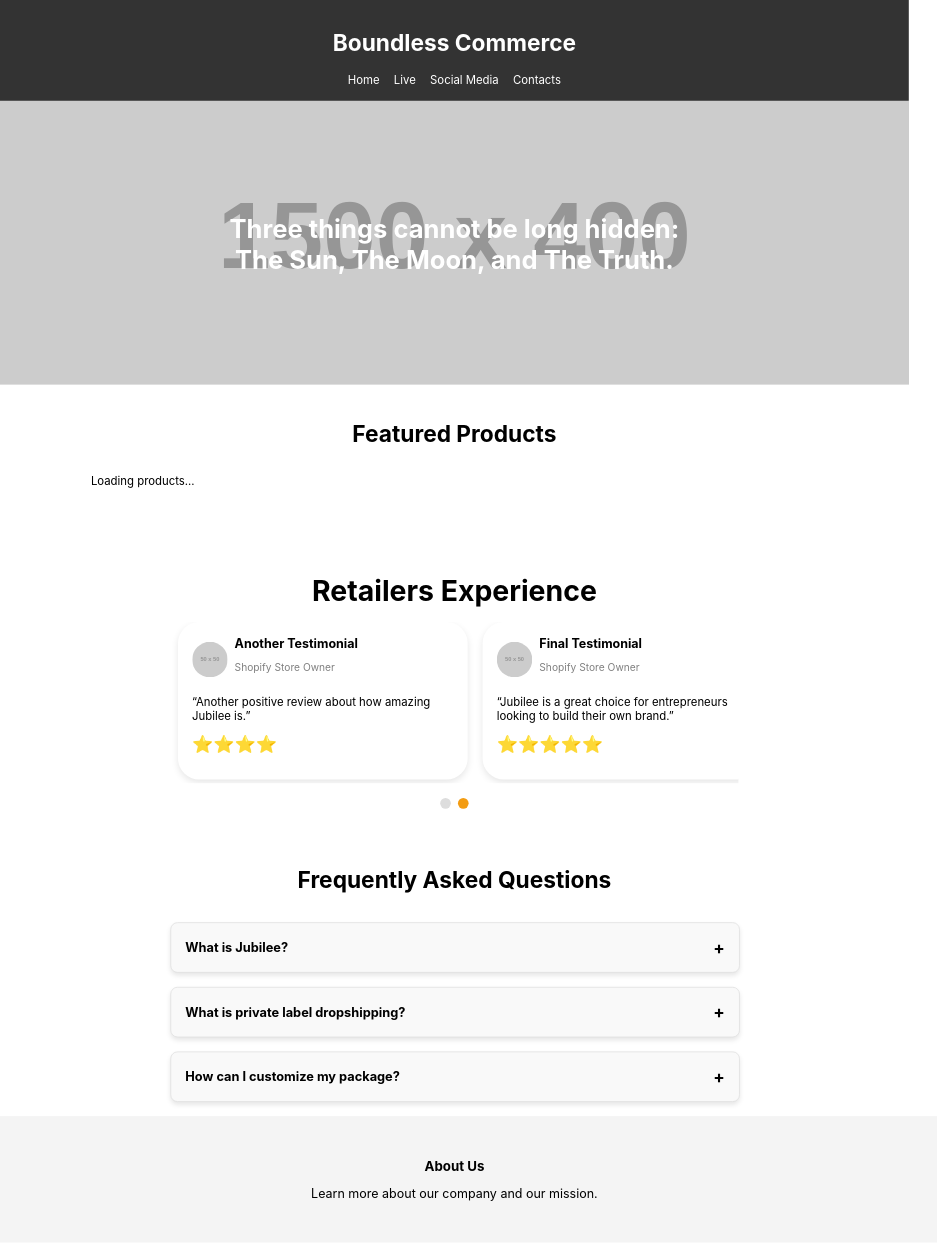
Repository: Nn-Exe/chunar-ecommerce
Page: / (app in ecommerce-frontend/)
An editor plug-in stored every save of this project. The page is shown before and after the next save, followed by the edit.
The browser window is 1280 px wide. The page is 1320 px wide, so the pictures cover 1320 px, including what lies to the right of the window. The pictures show the whole page, at 71% of full size.
The page's requests for data from a server got no answer. The project was rebuilt for these pictures with package versions that can differ from the ones it lists, and the page was loaded fresh each time. No one was signed in, and anything a server would have sent is missing.

Above is the page before, as saved 2024-09-11 15:53:29.

### ecommerce-frontend/src/App.js
import React, { useState, useEffect } from 'react';
import './App.css';
import { BrowserRouter as Router, Route, Routes } from 'react-router-dom';  // Importing React Router
import Navbar from './components/Navbar';  // Correct way to import default export
import HeroSection from './components/HeroSection';  // Correct way to import default export
import ProductList from './components/ProductList';  // Correct way to import default export
import Faq from './components/Faq';  // Import the Faq component from the components folder
import TestimonialCarousel from './components/TestimonialCarousel';


// Home page component (the default view)
function Home({ products }) {
  return (
    <div className="home-page">
      {/* Hero Section */}
      <div className="hero-container">
        <HeroSection />
      </div>

      {/* Featured Products Section */}
      <section className="products-section">
        <div className="section-header">
          <h2>Featured Products</h2>
        </div>

        <div className="product-grid">
          <ProductList products={products} />
        </div>
      </section>

      <br />

      {/* FAQ Section */}

      <TestimonialCarousel />
      <Faq />  {/* Using the imported Faq component */}

      {/* Add more sections here */}

      <br />

      <section className="about-section">
        <div className="about-content">
          <h3>About Us</h3>
          <p>Learn more about our company and our mission.</p>
        </div>
      </section>
    </div>
  );
}

// Other page components
function Live() {
  return <h2>Live Page</h2>;
}

function Contacts() {
  return <h2>Contacts Page</h2>;
}

function SocialMedia() {
  // External link can be opened using an anchor tag, so no need for a separate page.
  window.location.href = "https://linktr.ee/chunar.co";  // Redirect to external social media page
  return null;
}

function App() {
  const [products, setProducts] = useState([]);

  useEffect(() => {
    fetch('http://localhost:5000/api/products')
      .then((response) => response.json())
      .then((data) => setProducts(data))
      .catch((error) => console.error('Error fetching products:', error));
  }, []);

  return (
    <Router>
      <div className="App">
        <header className="App-header">
          <h1>Boundless Commerce</h1>
          <Navbar />
        </header>

        <Routes>
          {/* Home page route */}
          <Route path="/" element={<Home products={products} />} />

          {/* Other pages */}
          <Route path="/live" element={<Live />} />
          <Route path="/contacts" element={<Contacts />} />

          {/* Redirect to external social media link */}
          <Route path="/social-media" element={<SocialMedia />} />
        </Routes>
      </div>
    </Router>
  );
}

export default App;

### ecommerce-frontend/src/App.css
/* ------------- Main Structure ------------ */

.App-header {
  background-color: #333;
  color: white;
  padding: 20px;
  text-align: center;
}

nav ul {
  list-style-type: none;
  padding: 0;
  margin: 0;
  display: flex;
  justify-content: center;
  gap: 20px;
}

nav ul li a {
  color: white;
  text-decoration: none;
  font-size: 16px;
}

.hero {
  position: relative;
  text-align: center;
}

.hero-banner {
  width: 100%;
  height: 400px;
  object-fit: cover;
}

.hero-text {
  position: absolute;
  top: 50%;
  left: 50%;
  transform: translate(-50%, -50%);
  color: white;
  font-size: 24px;
  font-weight: bold;
}

.products {
  padding: 40px;
  text-align: center;
}

.product-list {
  display: grid;
  grid-template-columns: repeat(5, 1fr);
  gap: 20px;
}

.product-card {
  border: 1px solid #ddd;
  padding: 20px;
  text-align: center;
  transition: transform 0.3s;
  border-radius: 20px;
}

.product-card img {
  max-width: 100%;
  height: auto;
  margin-bottom: 10px;
}

.product-card:hover {
  transform: scale(1.05);
}


.product-card img {
  width: 200px;
  height: 200px;
  object-fit: cover;   /* Ensures the image covers the given area */
  border-radius: 10px; /* Optional: adds rounded corners */
}



/* ----------- Home Div -------------- */

/* App.css */

.home-page {
  display: flex;
  flex-direction: column;
  align-items: center;
}

/* Hero Section */
.hero-container {
  width: 100%;
  margin-bottom: 20px;
}

/* Products Section */
.products-section {
  width: 80%;
  margin: 0 auto;
}

.section-header h2 {
  text-align: center;
  font-size: 2rem;
  margin-bottom: 20px;
}

/* About Section */
.about-section {
  background-color: #f4f4f4;
  padding: 40px;
  width: 100%;
  text-align: center;
}

.about-section h3 {
  margin-bottom: 10px;
}

.about-section p {
  font-size: 1.1rem;
}


/* ----------- FAQ Section ---------------- */


/* Center the FAQ section */
.faq-section {
  max-width: 800px; /* Set a larger max-width for the entire FAQ section */
  width: 100%;      /* Ensure it takes up 100% of the available width */
  margin: 0 auto;   /* Center the FAQ section on the page */
  text-align: center;
}

/* Style the header separately */
.faq-section h2 {
  font-size: 32px;
  margin-bottom: 40px;
}

/* Grid layout for the FAQ items (excluding the header) */
.faq-items {
  display: grid;
  grid-template-columns: 1fr; /* One column layout */
  gap: 20px; /* Space between the FAQ items */
}

/* Style each FAQ item */
.faq-item {
  border: 1px solid #ddd;
  border-radius: 10px;
  width: 100%; /* Make the FAQ item take up 100% of the container */
  background-color: #f9f9f9;
  box-shadow: 0 4px 8px rgba(0, 0, 0, 0.1);
  transition: transform 0.5s ease-in-out, background-color 330ms ease-in-out, box-shadow 330ms ease-in-out;
  overflow: hidden; /* Ensure content is hidden initially */
}

/* Box hover effect */
.faq-item:hover {
  box-shadow: 0 6px 12px rgba(0, 0, 0, 0.1);
  background-color: #f1f1f1;
}

/* Active FAQ item */
.faq-item.active {
  background-color: #ececec;
}

/* Style the FAQ question (clickable area) */
.faq-question {
  padding: 20px;
  cursor: pointer;
  display: flex;
  justify-content: space-between;
  align-items: center;
  font-weight: bold;
  font-size: 18px;
  width: 100%; /* Full width for the question area */
  box-sizing: border-box;
}

/* Style the FAQ answer */
.faq-answer {
  padding: 0 20px;
  overflow: hidden;
  max-height: 0;
  opacity: 0;
  transition: max-height 0.5s ease, opacity 0.5s ease;
  width: 100%; /* Full width for the answer area */
  box-sizing: border-box;
}

/* When the FAQ item is active, show the answer with a smooth transition */
.faq-item.active .faq-answer {
  max-height: 500px;
  opacity: 1;
  padding-bottom: 20px;
}

/* Style the icon for toggling */
.icon {
  font-size: 24px;
  font-weight: bold;
  transition: transform 0.3s ease;
}

.faq-item.active .icon {
  transform: rotate(45deg);
}

/* -----------  TestimonialCarousel ------------- */


/* Style for the testimonial section */
.testimonial-section {
  text-align: center;
  max-width: 800px;
  margin: 0 auto;
  padding: 50px 0;
}

.testimonial-section h2 {
  font-size: 2.5rem;
  margin-bottom: 20px;
}

/* Carousel container */
.carousel {
  display: flex;
  overflow: hidden;
  max-width: 100%; /* Ensure full width */
  margin: 0 auto;
}

.carousel-inner {
  display: flex;
  transition: transform 0.5s ease-in-out;
  width: calc(200% * 2); /* Width for two testimonials per slide */
}

/* Each card wrapper for two cards per slide */
.testimonial-card-wrapper {
  display: flex;
  flex: 0 0 50%; /* Each card takes 50% of the slide width */
  box-sizing: border-box;
  padding: 0 10px;
}

/* Testimonial card styling */
.testimonial-card {
  background-color: #fff;
  padding: 20px;
  border-radius: 30px;
  box-shadow: 0 4px 10px rgba(0, 0, 0, 0.1);
  text-align: left;
  margin: 0 auto;
  width: 90%;
  height: 80%;
  position: center;
}

.profile {
  display: flex;
  align-items: center;
}

.profile img {
  border-radius: 50%;
  margin-right: 10px;
}

.profile-details h4 {
  font-size: 1.1rem;
  margin: 0;
}

.profile-details p {
  font-size: 0.9rem;
  color: gray;
}

.stars {
  font-size: 1.5rem;
  color: #f39c12;
  margin-top: 10px;
}

/* Navigation dots */
.dots {
  margin-top: 20px;
}

.dot {
  height: 15px;
  width: 15px;
  margin: 0 5px;
  background-color: #ddd;
  border-radius: 50%;
  display: inline-block;
  cursor: pointer;
}

.active {
  background-color: #f39c12;
}

### ecommerce-frontend/src/components/Navbar.js
import React from 'react';
import { Link } from 'react-router-dom';

function Navbar() {
  return (
    <nav>
      <ul>
        <li><Link to="/">Home</Link></li>  {/* Links to the home page */}
        <li><Link to="/live">Live</Link></li>  {/* Links to the live page */}
        <li><a href="https://linktr.ee/chunar.co" target="_blank" rel="noopener noreferrer">Social Media</a></li> {/* Opens external link in new tab */}
        <li><Link to="/contacts">Contacts</Link></li>  {/* Links to the contacts page */}
      </ul>
    </nav>
  );
}

export default Navbar;

### ecommerce-frontend/src/components/HeroSection.js
import React from 'react';

function HeroSection() {
  return (
    <section className="hero">
      <img src="https://via.placeholder.com/1500x400" alt="Banner" className="hero-banner" />
      <div className="hero-text">
        <h2>Three things cannot be long hidden: The Sun, The Moon, and The Truth.</h2>
      </div>
    </section>
  );
}

export default HeroSection;  // Ensure you have this line

### ecommerce-frontend/src/components/ProductList.js
import React from 'react';

function ProductList({ products }) {
  return (
    <div className="product-list">
      {products.length === 0 ? (
        <p>Loading products...</p>
      ) : (
        products.map((product) => (
          <div key={product.id} className="product-card">
              <img
                src={product.image}
                alt={product.name}
                className="product-image"
              />
            <h3>{product.name}</h3>
            <p>{product.description}</p>
            <p>${product.price}</p>
          </div>
        ))
      )}
    </div>
  );
}

export default ProductList;

### ecommerce-frontend/src/components/Faq.js
import React, { useState } from 'react';

const Faq = () => {
  const [activeIndex, setActiveIndex] = useState(null);

  const toggleFaq = (index) => {
    setActiveIndex(activeIndex === index ? null : index);
  };

  return (
    <div className="faq-section">
      <h2>Frequently Asked Questions</h2>

      <div className="faq-items"> {/* Grid layout for the items */}
        <div className={`faq-item ${activeIndex === 0 ? 'active' : ''}`}>
          <div className="faq-question" onClick={() => toggleFaq(0)}>
            <span>What is Jubilee?</span>
            <span className="icon">{activeIndex === 0 ? '-' : '+'}</span>
          </div>
          {activeIndex === 0 && (
            <div className="faq-answer">
              <p>Jubilee is a dropshipping marketplace that lets you build your own cosmetic and skincare line with minimal upfront costs...</p>
            </div>
          )}
        </div>

        <div className={`faq-item ${activeIndex === 1 ? 'active' : ''}`}>
          <div className="faq-question" onClick={() => toggleFaq(1)}>
            <span>What is private label dropshipping?</span>
            <span className="icon">{activeIndex === 1 ? '-' : '+'}</span>
          </div>
          {activeIndex === 1 && (
            <div className="faq-answer">
              <p>Private label dropshipping allows you to sell products from suppliers with your own branding...</p>
            </div>
          )}
        </div>

        <div className={`faq-item ${activeIndex === 2 ? 'active' : ''}`}>
          <div className="faq-question" onClick={() => toggleFaq(2)}>
            <span>How can I customize my package?</span>
            <span className="icon">{activeIndex === 2 ? '-' : '+'}</span>
          </div>
          {activeIndex === 2 && (
            <div className="faq-answer">
              <p>Private labeling is a great way to showcase your brand...</p>
            </div>
          )}
        </div>
      </div>
    </div>
  );
};

export default Faq;

### ecommerce-frontend/src/components/TestimonialCarousel.js
import React, { useState, useEffect } from 'react';


const TestimonialCarousel = () => {
  const [currentSlide, setCurrentSlide] = useState(0);

  const testimonials = [
    {
      name: 'Kate Burton Company',
      title: 'Shopify Store Owner',
      text: '“I can’t say enough good things about Jubilee. Their dropshipping model is efficient, and the product quality is excellent...”',
      stars: 5,
    },
    {
      name: 'Zelogic',
      title: 'Shopify Store Owner',
      text: '“Starting my own beauty brand seemed daunting, but Jubilee made it incredibly easy. The customization options are fantastic...”',
      stars: 5,
    },
    {
      name: 'Another Testimonial',
      title: 'Shopify Store Owner',
      text: '“Another positive review about how amazing Jubilee is.”',
      stars: 4,
    },
    {
      name: 'Final Testimonial',
      title: 'Shopify Store Owner',
      text: '“Jubilee is a great choice for entrepreneurs looking to build their own brand.”',
      stars: 5,
    }
  ];

  // Calculate the number of slides needed (two testimonials per slide)
  const totalSlides = Math.ceil(testimonials.length / 2);

  // Auto-slide functionality
  useEffect(() => {
    const interval = setInterval(() => {
      setCurrentSlide((prevSlide) => (prevSlide + 1) % totalSlides);
    }, 4000); // Slide every 4 seconds
    return () => clearInterval(interval); // Cleanup interval on component unmount
  }, [totalSlides]);

  // Function to move the slides manually
  const moveSlide = (index) => {
    setCurrentSlide(index);
  };

  return (
    <div className="testimonial-section">
      <h2>Retailers Experience</h2>
      <div className="carousel">
        <div
          className="carousel-inner"
          style={{
            transform: `translateX(-${currentSlide * 100}%)`, // Move by 100% per slide
          }}
        >
          {testimonials.map((testimonial, index) => (
            <div className="testimonial-card-wrapper" key={index}>
              <div className="testimonial-card">
                <div className="profile">
                  <img
                    src="https://via.placeholder.com/50"
                    alt="Profile"
                  />
                  <div className="profile-details">
                    <h4>{testimonial.name}</h4>
                    <p>{testimonial.title}</p>
                  </div>
                </div>
                <p>{testimonial.text}</p>
                <div className="stars">
                  {'⭐'.repeat(testimonial.stars)}
                </div>
              </div>
            </div>
          ))}
        </div>
      </div>

      {/* Dots for navigation */}
      <div className="dots">
        {[...Array(totalSlides)].map((_, index) => (
          <span
            key={index}
            className={`dot ${index === currentSlide ? 'active' : ''}`}
            onClick={() => moveSlide(index)}
          ></span>
        ))}
      </div>
    </div>
  );
};

export default TestimonialCarousel;

Loaded but not shown: ecommerce-frontend/public/index.html (common file); ecommerce-frontend/src/index.js (common file); ecommerce-frontend/src/index.css (common file); ecommerce-frontend/src/reportWebVitals.js (common file)

After the next save:
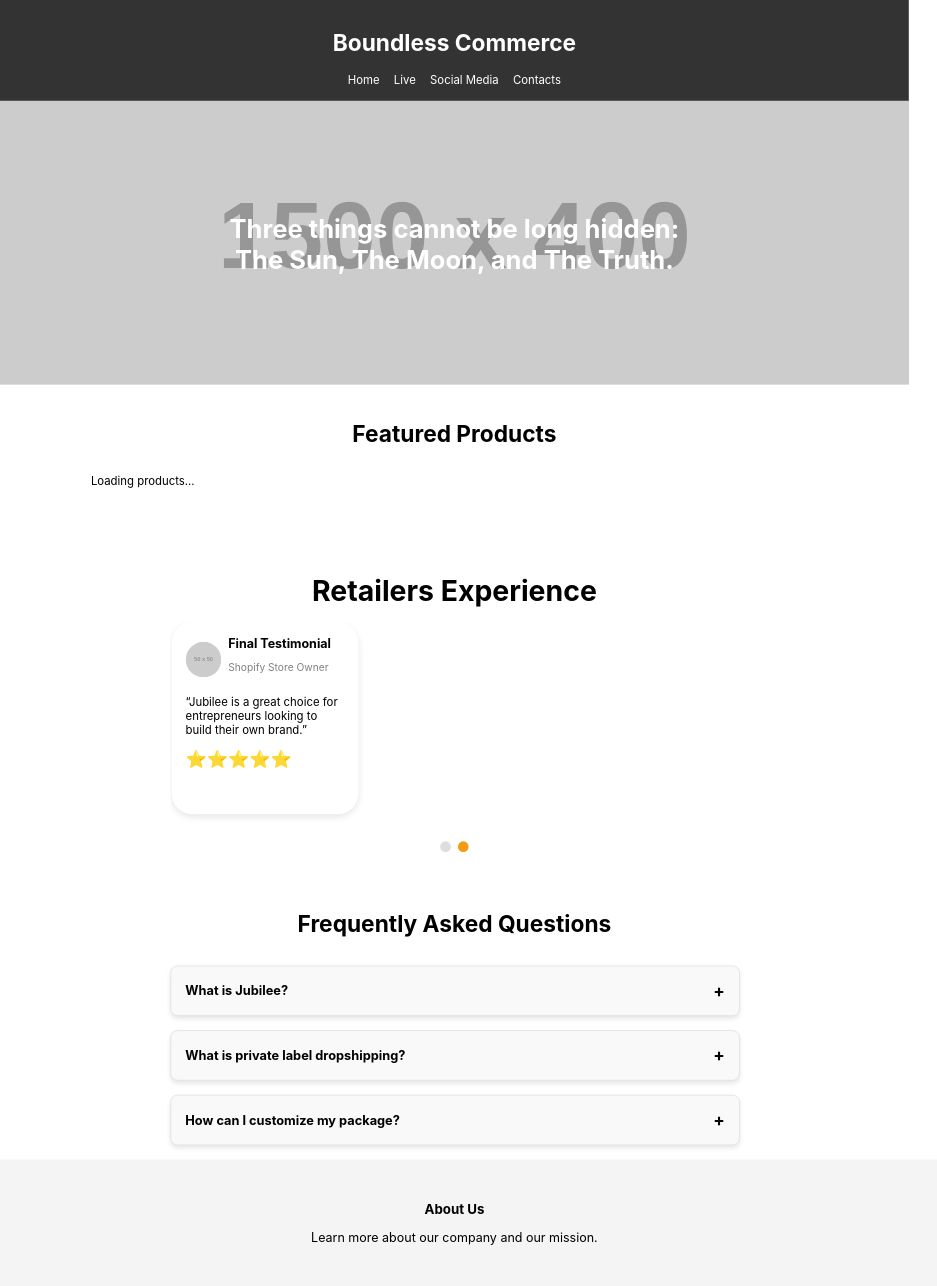
Saved 24 s later.
--- a/ecommerce-frontend/src/App.css
+++ b/ecommerce-frontend/src/App.css
@@ -248,7 +248,7 @@ nav ul li a {
 /* Each card wrapper for two cards per slide */
 .testimonial-card-wrapper {
   display: flex;
-  flex: 0 0 50%; /* Each card takes 50% of the slide width */
+  flex: 0 0 33%; /* Each card takes 50% of the slide width */
   box-sizing: border-box;
   padding: 0 10px;
 }
